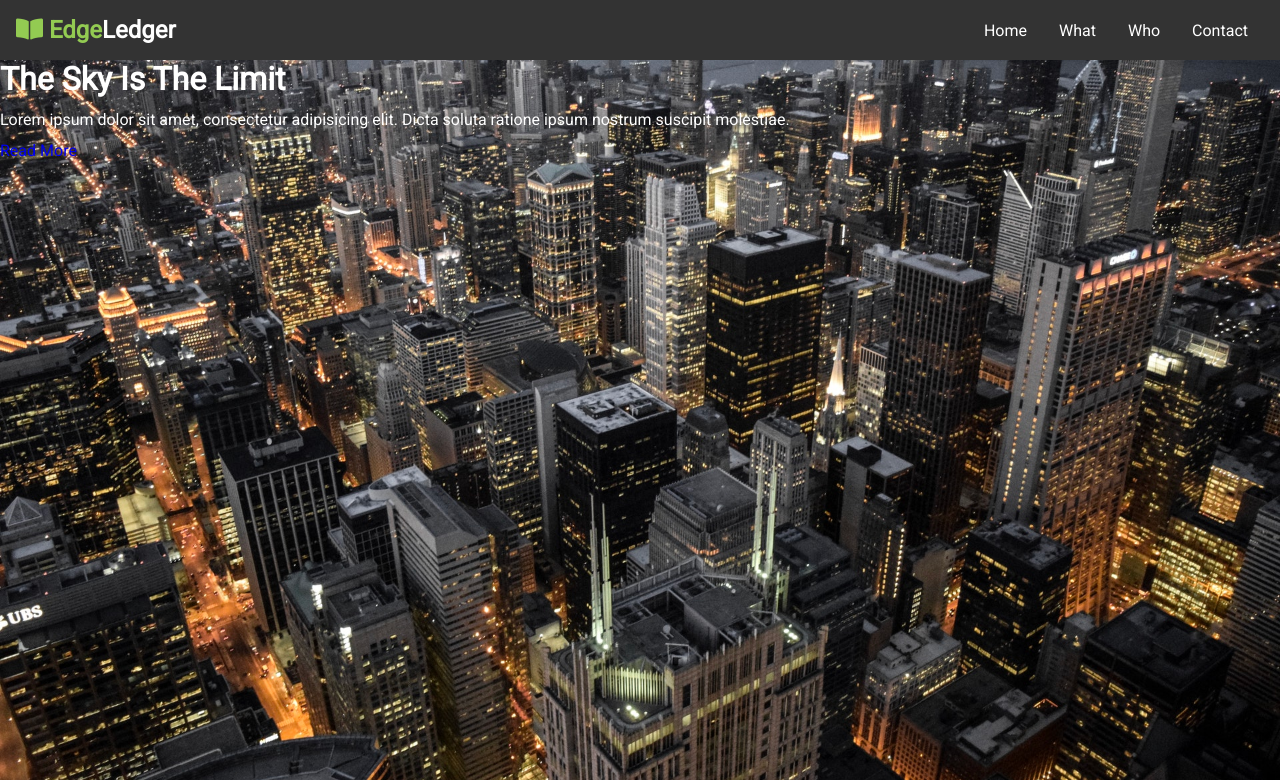
Repository: dimlutine/EdgeLedger
Page: index.html
An editor plug-in stored every save of this project. The page is shown before and after the next save, followed by the edit.
The browser window is 1280 px wide. The pictures show the whole page.
Some web libraries are served in a nearby version.

Above is the page before, as saved 2019-07-06 18:50:03.

### index.html
<!DOCTYPE html>
<html lang="en">

<head>
    <meta charset="UTF-8">
    <meta name="viewport" content="width=device-width, initial-scale=1.0">
    <meta http-equiv="X-UA-Compatible" content="ie=edge">
    <link rel="stylesheet" href="https://use.fontawesome.com/releases/v5.6.3/css/all.css" integrity="sha384-UHRtZLI+pbxtHCWp1t77Bi1L4ZtiqrqD80Kn4Z8NTSRyMA2Fd33n5dQ8lWUE00s/" crossorigin="anonymous">
    <link rel="stylesheet" media="screen and (max-width: 768px)" href="css/mobile.css">
    <link rel="stylesheet" media="screeb abd (min-width: 1100px)" href="css/widescreen.css">
    <link rel="stylesheet" href="css/style.css">
    <title>EdgeLedger Financial | Accounting & Investment</title>
</head>

<body id="home">
    <!-- Navbar -->
    <nav id="navbar">
        <h1 class="logo">
            <span class="text-primary"><i class="fas fa-book-open"></i> Edge</span>Ledger
        </h1>
        <ul>
            <li><a href="#home">Home</a></li>
            <li><a href="#what">What</a></li>
            <li><a href="#who">Who</a></li>
            <li><a href="#contacts">Contact</a></li>
        </ul>
    </nav>
    <!-- Header: Showcase -->
    <header id="showcase">
        <div class="showcase-content">
            <h1 class="l-heading">
                The Sky Is The Limit
            </h1>
            <p class="lead">Lorem ipsum dolor sit amet, consectetur adipisicing elit. Dicta soluta ratione ipsum nostrum suscipit molestiae.</p>
            <a href="#what" class="btn">Read More</a>
        </div>
    </header>
</body>

</html>

### css/style.css
@import url('https://fonts.googleapis.com/css?family=Roboto&display=swap');
* {
    margin: 0;
    padding: 0;
}

body {
    font-family: 'Roboto', sans-serif;
}

a {
    text-decoration: none;
}

p {
    margin: .75rem 0;
}


/* Utility Classes */

.text-primary {
    color: #93cb52;
}


/* Navbar */

#navbar {
    display: flex;
    position: sticky;
    top: 0;
    background: #333;
    color: #fff;
    justify-content: space-between;
    z-index: 1;
    padding: 1rem;
}

#navbar ul {
    display: flex;
    align-items: center;
    list-style: none;
}

#navbar ul li a {
    color: #fff;
    padding: 0.75rem;
    margin: 0 0.25rem;
}

#navbar ul li a:hover {
    background: #93cb52;
    border-radius: 5px;
}


/* Showcase */

#showcase {
    background: #333 url(../img/showcase.jpg) no-repeat center center/cover;
    height: 100vh;
    color: #fff;
}

#showcase .showcase-content {
    display: flex;
    flex-direction: column;
}

Loaded but not shown: css/mobile.css (no stored copy; drawn as an empty file); css/widescreen.css (no stored copy; drawn as an empty file)

After the next save:
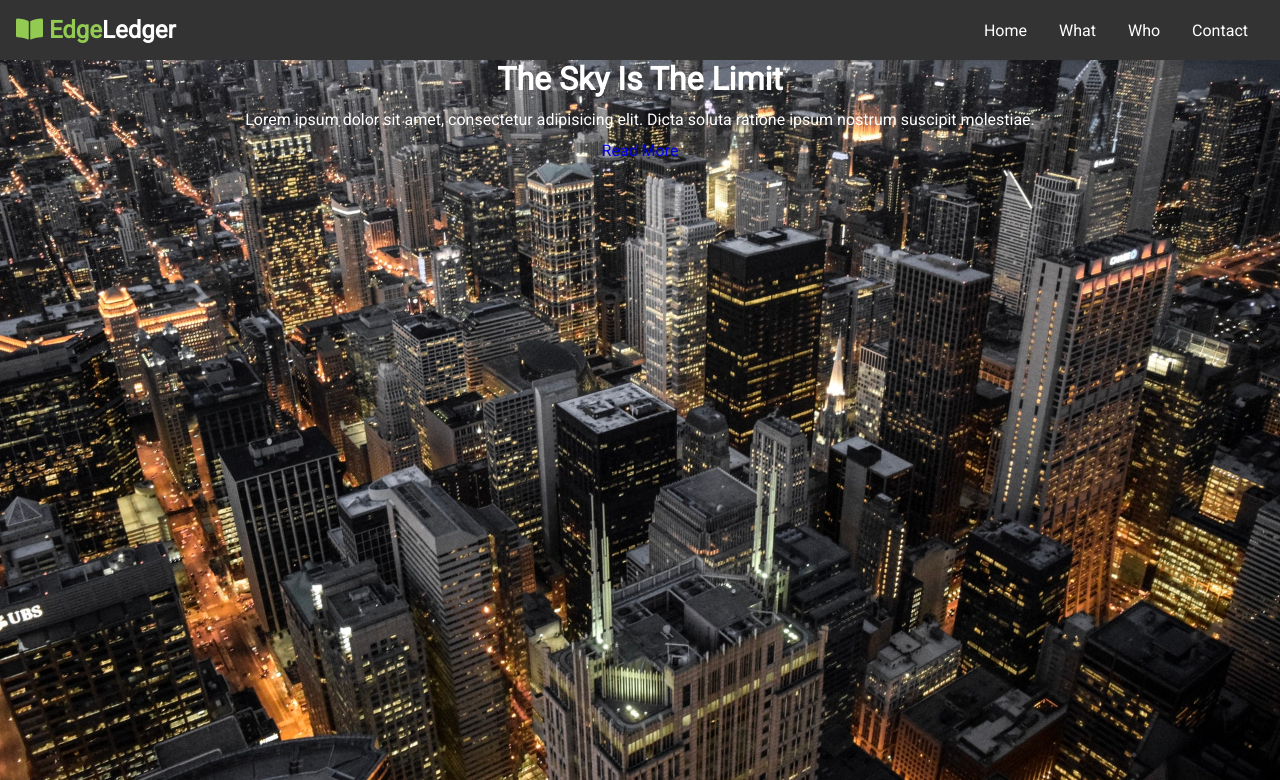
Saved 32 s later.
--- a/css/style.css
+++ b/css/style.css
@@ -66,4 +66,7 @@
 #showcase .showcase-content {
     display: flex;
     flex-direction: column;
+    justify-content: center;
+    text-align: center;
+    align-items: center;
 }
